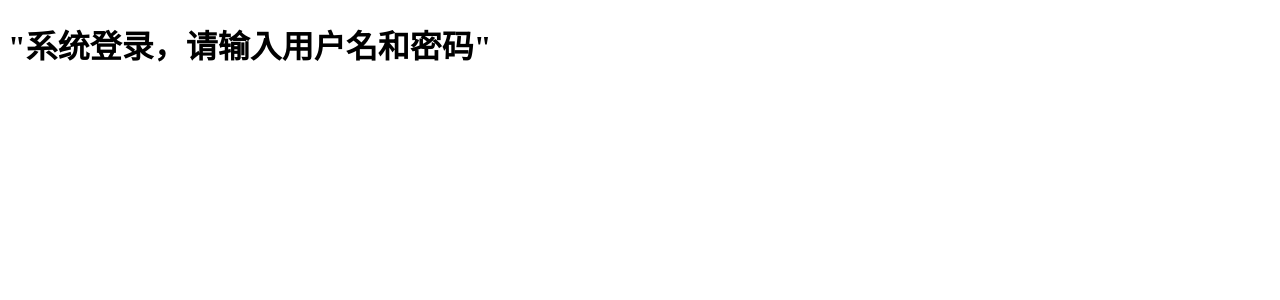
Repository: ntuhubin/NIITDemo
Page: http://localhost/Demo03/
An editor plug-in stored every save of this project. The page is shown before and after the next save, followed by the edit.
The browser window is 1280 px wide. The pictures show the whole page.
The page is served by Tomcat 9.

Above is the page before, as saved 2017-08-08 03:04:17.

After the next save:
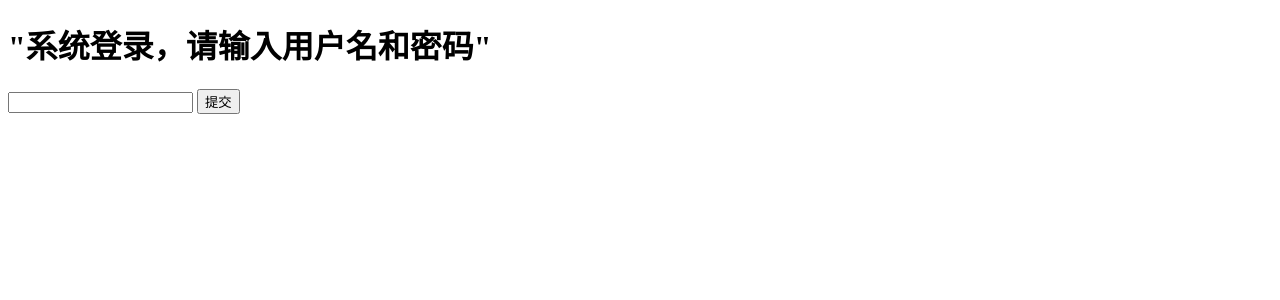
Saved 3 min 44 s later.
--- a/Demo03/src/main/webapp/index.jsp
+++ b/Demo03/src/main/webapp/index.jsp
@@ -8,5 +8,7 @@
 </head>
 <body>
 	<h1>"系统登录，请输入用户名和密码"</h1>
+	<input type="text" name="myage" />
+    <input type="submit" value="提交" />
 </body>
 </html>
